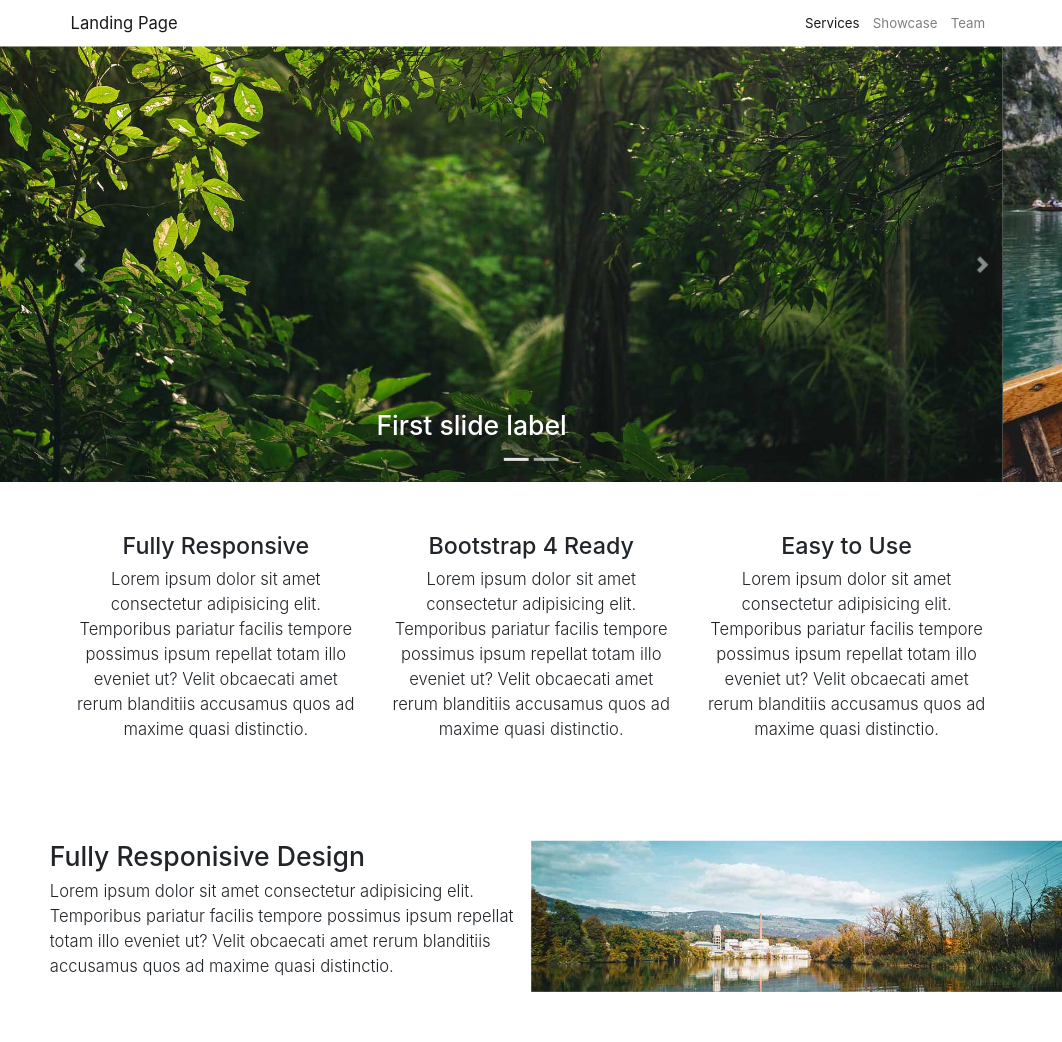
Repository: magdaf41/Bootstrap
Page: zadanie 3/index.html
These files come from the project's save history. The page is drawn as it stood at one moment and after the next save; the edit follows.
The browser window is 1280 px wide. The pictures show the whole page, at 83% of full size.

Above is the page before, as saved 2020-09-18 08:54:00.

### zadanie 3/index.html
<!doctype html>
<html lang="en">

<head>
    <!-- Required meta tags -->
    <meta charset="utf-8">
    <meta name="viewport" content="width=device-width, initial-scale=1, shrink-to-fit=no">
    <title>Landing Page</title>
    <!-- Bootstrap CSS -->
    <link rel="stylesheet" href="https://stackpath.bootstrapcdn.com/bootstrap/4.5.2/css/bootstrap.min.css"
        integrity="sha384-JcKb8q3iqJ61gNV9KGb8thSsNjpSL0n8PARn9HuZOnIxN0hoP+VmmDGMN5t9UJ0Z" crossorigin="anonymous">

    <link rel="stylesheet" href="css/style.css">
    <link rel="stylesheet" href="https://use.fontawesome.com/releases/v5.7.2/css/all.css"
        integrity="sha384-fnmOCqbTlWIlj8LyTjo7mOUStjsKC4pOpQbqyi7RrhN7udi9RwhKkMHpvLbHG9Sr" crossorigin="anonymous">
</head>

<body>
    <nav class="navbar navbar-expand-lg navbar-light ">
        <div class="container">
            <a class="navbar-brand" href="#">Landing Page</a>
            <button class="navbar-toggler" type="button" data-toggle="collapse" data-target="#navbarNav"
                aria-controls="navbarNav" aria-expanded="false" aria-label="Toggle navigation">
                <span class="navbar-toggler-icon"></span>
            </button>
            <div class="collapse navbar-collapse" id="navbarNav">
                <ul class="navbar-nav ml-auto">
                    <li class="nav-item active">
                        <a class="nav-link" href="#">Services</span></a>
                    </li>
                    <li class="nav-item">
                        <a class="nav-link" href="#">Showcase</a>
                    </li>
                    <li class="nav-item">
                        <a class="nav-link" href="#">Team</a>
                    </li>

                </ul>
            </div>
        </div>

    </nav>

    <div id="carouselExampleCaptions" class="carousel slide" data-ride="carousel">
        <ol class="carousel-indicators">
            <li data-target="#carouselExampleCaptions" data-slide-to="0" class="active"></li>
            <li data-target="#carouselExampleCaptions" data-slide-to="1"></li>
        </ol>
        <div class="carousel-inner">
            <div class="carousel-item active">
                <img src="img/slider-1.jpg" class="d-block w-100" alt="View 1">
                <div class="carousel-caption">
                    <h2>First slide label</h2>
                </div>
            </div>
            <div class="carousel-item">
                <img src="img/slider-2.jpg" class="d-block w-100" alt="View 2">
                <div class="carousel-caption">
                    <h2>Second slide label</h2>
                </div>
            </div>
        </div>
        <a class="carousel-control-prev" href="#carouselExampleCaptions" role="button" data-slide="prev">
            <span class="carousel-control-prev-icon" aria-hidden="true"></span>
            <span class="sr-only">Previous</span>
        </a>
        <a class="carousel-control-next" href="#carouselExampleCaptions" role="button" data-slide="next">
            <span class="carousel-control-next-icon" aria-hidden="true"></span>
            <span class="sr-only">Next</span>
        </a>
    </div>

    <section id="services" class="services">
        <div class="container text-center">
            <div class="row">
                <div class="col-md-4 service-item">
                    <h3>Fully Responsive</h3>
                    <p class="lead mb-0">Lorem ipsum dolor sit amet consectetur adipisicing elit. Temporibus pariatur
                        facilis tempore
                        possimus ipsum repellat totam illo eveniet ut? Velit obcaecati amet rerum blanditiis accusamus
                        quos ad maxime quasi distinctio.</p>
                </div>
                <div class="col-md-4 service-item">
                    <h3>Bootstrap 4 Ready</h3>
                    <p class="lead mb-0">Lorem ipsum dolor sit amet consectetur adipisicing elit. Temporibus pariatur
                        facilis tempore
                        possimus ipsum repellat totam illo eveniet ut? Velit obcaecati amet rerum blanditiis accusamus
                        quos ad maxime quasi distinctio.</p>
                </div>

                <div class="col-md-4 service-item">
                    <h3>Easy to Use</h3>
                    <p class="lead mb-0">Lorem ipsum dolor sit amet consectetur adipisicing elit. Temporibus pariatur
                        facilis tempore
                        possimus ipsum repellat totam illo eveniet ut? Velit obcaecati amet rerum blanditiis accusamus
                        quos ad maxime quasi distinctio.</p>
                </div>


            </div>
        </div>
    </section>

    <section id="showcase" class="showcase">
        <div class="container-fluid">
            <div class="row">
                <div class="col-md-6 order-md-2 showcase-img" style="background-image: url('img/view-1.jpg');"></div>
                <div class="col-md-6 order-md-1 showcase-text">
                    <h2>Fully Responisive Design</h2>
                    <p class="lead">Lorem ipsum dolor sit amet consectetur adipisicing elit. Temporibus pariatur
                        facilis tempore
                        possimus ipsum repellat totam illo eveniet ut? Velit obcaecati amet rerum blanditiis accusamus
                        quos ad maxime quasi distinctio.</p>
                </div>
            </div>
            <div class="row"></div>
            <div class="row"></div>

        </div>

    </section>


    <!-- Optional JavaScript -->
    <!-- jQuery first, then Popper.js, then Bootstrap JS -->
    <script src="https://code.jquery.com/jquery-3.5.1.slim.min.js"
        integrity="sha384-DfXdz2htPH0lsSSs5nCTpuj/zy4C+OGpamoFVy38MVBnE+IbbVYUew+OrCXaRkfj"
        crossorigin="anonymous"></script>
    <script src="https://cdn.jsdelivr.net/npm/popper.js@1.16.1/dist/umd/popper.min.js"
        integrity="sha384-9/reFTGAW83EW2RDu2S0VKaIzap3H66lZH81PoYlFhbGU+6BZp6G7niu735Sk7lN"
        crossorigin="anonymous"></script>
    <script src="https://stackpath.bootstrapcdn.com/bootstrap/4.5.2/js/bootstrap.min.js"
        integrity="sha384-B4gt1jrGC7Jh4AgTPSdUtOBvfO8shuf57BaghqFfPlYxofvL8/KUEfYiJOMMV+rV"
        crossorigin="anonymous"></script>
</body>

</html>

### zadanie 3/css/style.css
section {
    padding: 60px 0;
}

.showcase-img {
    background-size: cover;
    background-position: center;
}

.showcase-text {
    padding-left: 60px;;
}

@media(max-width: 768px) {
    .service-item {
        margin-bottom: 50px;
    }
    .service-item:last-child {
        margin: 0;
    }
    .showcase-img {
        height: 300px;
    }
}

After the next save:
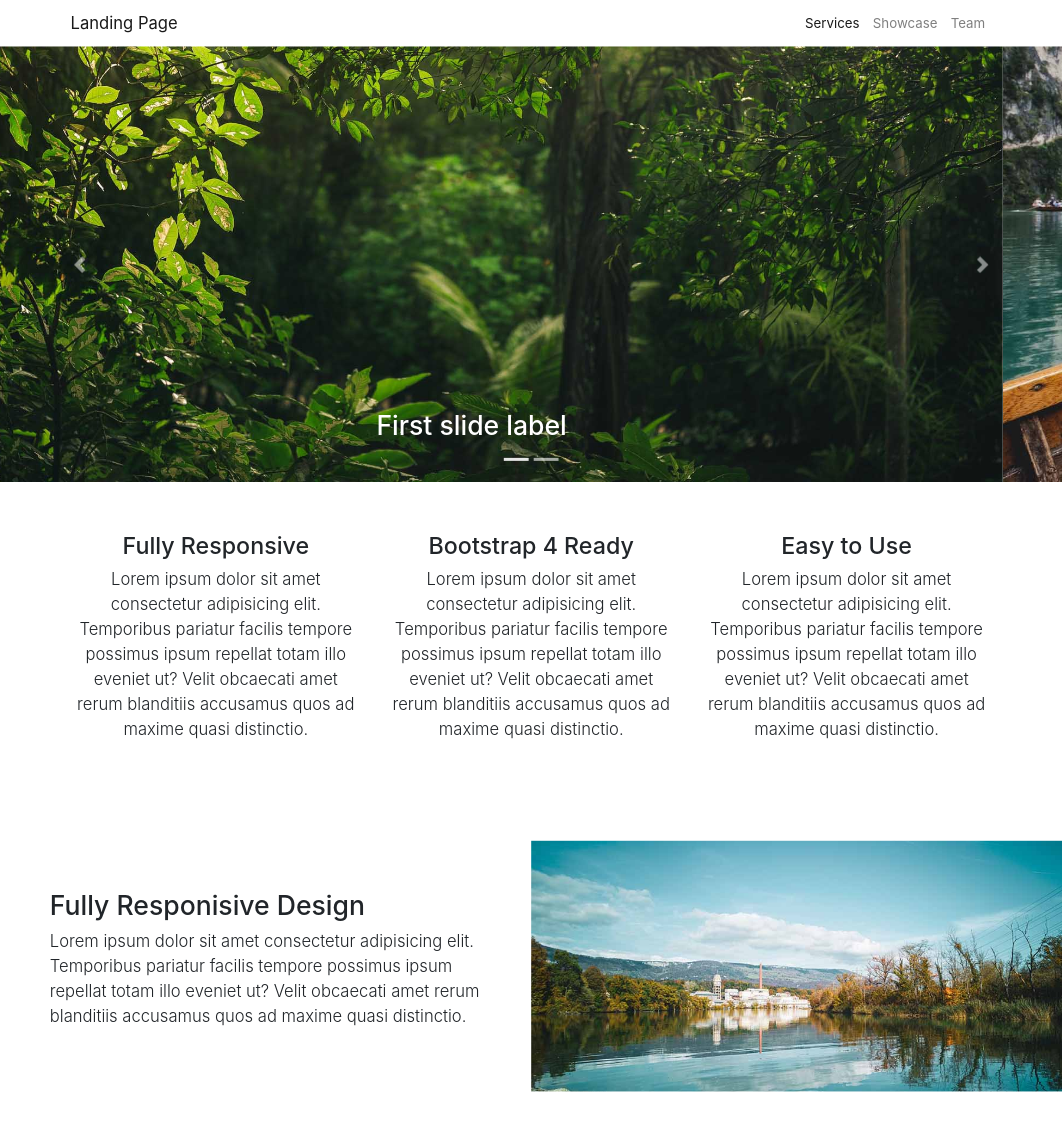
Saved 25 s later.
--- a/zadanie 3/css/style.css
+++ b/zadanie 3/css/style.css
@@ -8,7 +8,7 @@
 }
 
 .showcase-text {
-    padding-left: 60px;;
+    padding: 60px 60px;
 }
 
 @media(max-width: 768px) {
